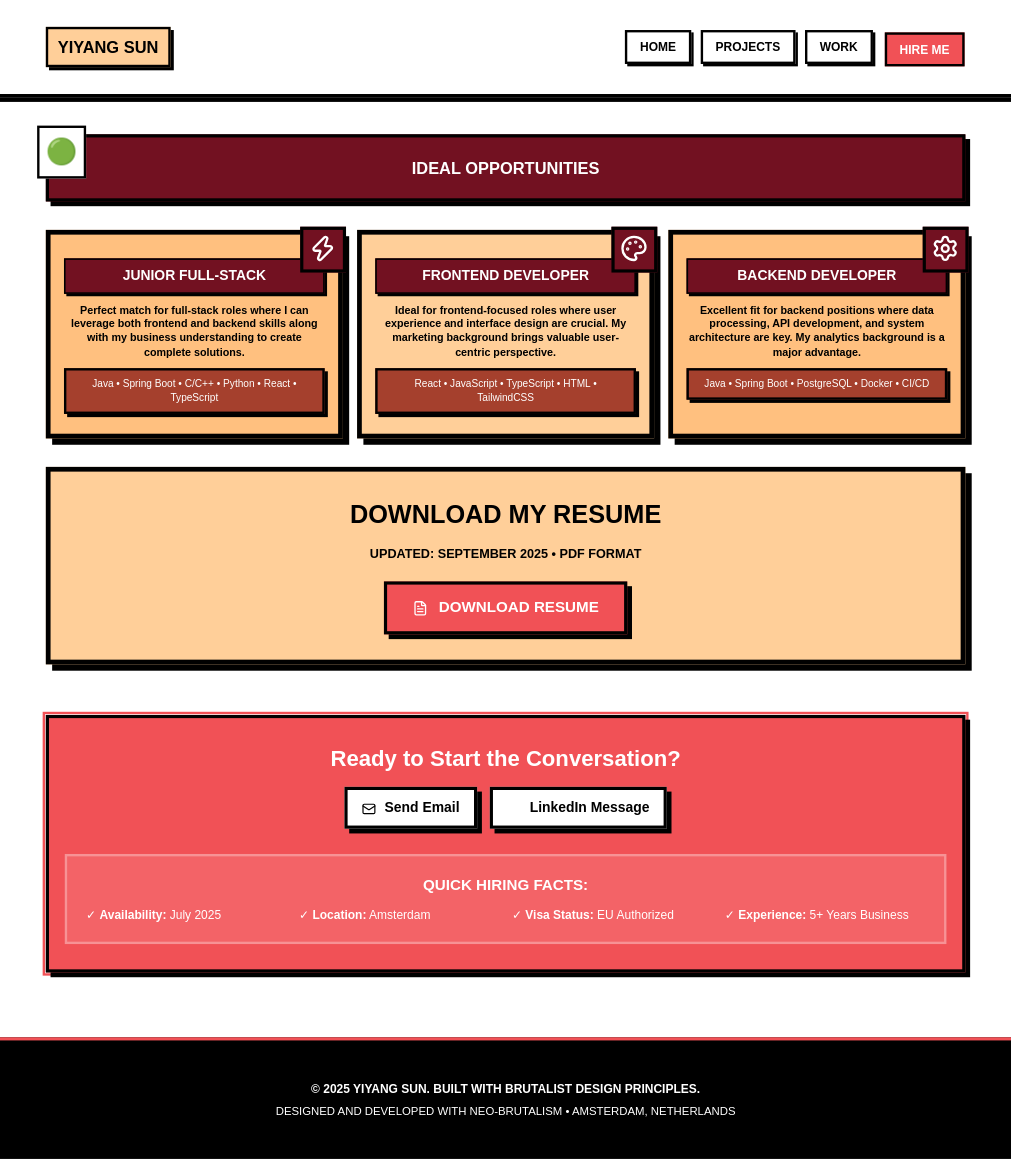
Repository: miloyiyangsun/yiyangsun.github.io
Page: .superdesign/design_iterations/yiyang_hireme_v2.html
An editor plug-in stored every save of this project. The page is shown before and after the next save, followed by the edit.
The browser window is 1280 px wide. The pictures show the whole page, at 79% of full size.

Above is the page before, as saved 2025-09-03 21:26:38.

### .superdesign/design_iterations/yiyang_hireme_v2.html
<!DOCTYPE html>
<html lang="en">
  <head>
    <meta charset="UTF-8" />
    <meta name="viewport" content="width=device-width, initial-scale=1.0" />
    <title>Hire Me - Yiyang Sun [Neo-Brutalist Portfolio]</title>
    <meta
      name="description"
      content="Hire Yiyang Sun - Computer Science Student (2025 Graduate) with 5+ years business experience seeking Junior Full-Stack, Frontend, or Backend opportunities in Amsterdam. Neo-brutalist design."
    />

    <!-- Neo-Brutalist Theme -->
    <link rel="stylesheet" href="brutalist_theme_v2.css" />

    <!-- Lucide Icons -->
    <script src="https://unpkg.com/lucide@latest/dist/umd/lucide.min.js"></script>

    <style>
      /* Hire Me specific brutal styles */
      body {
        padding-top: 120px;
        background: #ffffff;
      }

      .main-container {
        max-width: 1200px;
        margin: 0 auto;
        padding: 18px;
      }

      /* Navigation Layout - Right Align */
      .brutalist-nav .main-container {
        display: flex;
        justify-content: space-between;
        align-items: center;
      }

      .nav-links {
        display: flex;
        gap: 4px;
      }

      /* Navigation Brand - Brutalist */
      .nav-brand {
        background: #ffcf99;
        border: 3px solid #000000;
        padding: 8px 12px;
        box-shadow: 4px 4px 0 #000000;
        font-weight: 900;
      }

      /* Hero CTA - Brutal */
      .hire-hero {
        background: #f15156;
        color: #ffffff;
        border: 8px solid #000000;
        padding: 48px 24px;
        text-align: center;
        box-shadow: 12px 12px 0 #000000;
        position: relative;
        margin: 24px 0;
      }

      .hire-hero::before {
        content: "";
        position: absolute;
        top: -30px;
        left: -30px;
        font-size: 4rem;
        background: #ffffff;
        border: 6px solid #000000;
        padding: 16px;
        width: 100px;
        height: 100px;
        display: flex;
        align-items: center;
        justify-content: center;
      }

      .hire-hero .hero-icon {
        position: absolute;
        top: -14px;
        left: -14px;
        color: #000000;
        width: 68px;
        height: 68px;
      }

      .hire-title {
        font-size: 2.5rem;
        font-weight: 900;
        text-transform: uppercase;
        margin: 0 0 18px 0;
        line-height: 0.9;
      }

      .hire-subtitle {
        font-size: 1.2rem;
        font-weight: 700;
        text-transform: uppercase;
        margin-bottom: 24px;
        opacity: 0.95;
      }

      /* Opportunity Cards - Brutal */
      .opportunity-grid {
        display: grid;
        grid-template-columns: repeat(auto-fit, minmax(280px, 1fr));
        gap: 18px;
        margin: 36px 0;
      }

      .opportunity-card {
        background: #ffffff;
        border: 6px solid #000000;
        padding: 17px 17px 17px 17px;
        padding-top: 30px;
        box-shadow: 8px 8px 0 #000000;
        position: relative;
        text-align: center;
      }

      .opportunity-card:hover {
        transform: translate(-4px, -4px);
        box-shadow: 16px 16px 0 #000000;
      }

      .opportunity-card:nth-child(1) {
        background: #ffc07f;
      }

      .opportunity-card:nth-child(2) {
        background: #ffcf99;
      }

      .opportunity-card:nth-child(3) {
        background: #ffc07f;
      }

      .opportunity-card::before {
        content: "";
        position: absolute;
        top: -10px;
        right: -10px;
        width: 50px;
        height: 50px;
        background: #721121;
        border: 4px solid #000000;
        display: flex;
        align-items: center;
        justify-content: center;
      }

      .opportunity-card .card-icon {
        position: absolute;
        top: 0px;
        right: 2px;
        width: 35px;
        height: 35px;
        color: #ffffff;
        z-index: 10;
      }

      .opportunity-icon {
        font-size: 1.8rem;
        display: block;
        margin-bottom: 8px;
      }

      .opportunity-title {
        font-size: 1.1rem;
        font-weight: 900;
        text-transform: uppercase;
        color: #ffffff;
        background: #721121;
        padding: 8px 12px;
        border: 2px solid #000000;
        margin-bottom: 12px;
        box-shadow: 3px 3px 0 #000000;
      }

      .opportunity-description {
        font-size: 0.85rem;
        line-height: 1.3;
        font-weight: 600;
        margin-bottom: 12px;
      }

      /* Skills Match - Brutal */
      .skills-match {
        background: #a5402d;
        color: #ffffff;
        padding: 8px 12px;
        border: 3px solid #000000;
        margin: 8px 0;
        box-shadow: 4px 4px 0 #000000;
        font-size: 0.8rem;
      }

      /* Contact Cards - Brutal */
      .contact-grid {
        display: grid;
        grid-template-columns: repeat(auto-fit, minmax(280px, 1fr));
        gap: 24px;
        margin: 48px 0;
      }

      .contact-card {
        background: #ffffff;
        border: 6px solid #000000;
        padding: 24px;
        text-align: center;
        box-shadow: 6px 6px 0 #000000;
        position: relative;
      }

      .contact-card:hover {
        background: #ffcf99;
        transform: translate(-3px, -3px);
        box-shadow: 11px 11px 0 #000000;
      }

      .contact-card:nth-child(even) {
        background: #ffc07f;
      }

      .contact-card:nth-child(even):hover {
        background: #f15156;
        color: #ffffff;
      }

      .contact-icon {
        width: 64px;
        height: 64px;
        background: #f15156;
        border: 4px solid #000000;
        border-radius: 0;
        margin: 0 auto 18px auto;
        display: flex;
        align-items: center;
        justify-content: center;
        font-size: 1.6rem;
        color: #ffffff;
        box-shadow: 4px 4px 0 #000000;
      }

      .contact-title {
        font-size: 1.2rem;
        font-weight: 900;
        text-transform: uppercase;
        margin-bottom: 10px;
        color: #000000;
      }

      .contact-info {
        font-size: 1.1rem;
        font-weight: 700;
        margin-bottom: 8px;
      }

      .contact-description {
        font-size: 0.9rem;
        font-weight: 600;
        text-transform: uppercase;
        color: #666666;
      }

      /* Value Proposition - Brutal */
      .value-proposition {
        background: #721121;
        color: #ffffff;
        padding: 48px;
        border: 8px solid #000000;
        box-shadow: 12px 12px 0 #000000;
        margin: 64px 0;
      }

      .value-title {
        font-size: 2.5rem;
        font-weight: 900;
        text-transform: uppercase;
        text-align: center;
        margin-bottom: 32px;
      }

      .value-grid {
        display: grid;
        grid-template-columns: repeat(auto-fit, minmax(250px, 1fr));
        gap: 24px;
      }

      .value-item {
        padding: 24px;
        background: rgba(255, 255, 255, 0.1);
        border: 2px solid rgba(255, 255, 255, 0.3);
        text-align: center;
      }

      .value-item-title {
        font-size: 1.2rem;
        font-weight: 900;
        text-transform: uppercase;
        margin-bottom: 12px;
      }

      .value-item-description {
        font-size: 1rem;
        font-weight: 500;
        line-height: 1.4;
      }

      /* Resume Download - Brutal */
      .resume-section {
        background: #ffcf99;
        border: 6px solid #000000;
        padding: 32px;
        text-align: center;
        box-shadow: 8px 8px 0 #000000;
        margin: 32px 0;
      }

      .resume-title {
        font-size: 2rem;
        font-weight: 900;
        text-transform: uppercase;
        margin-bottom: 16px;
      }

      .resume-info {
        font-size: 1rem;
        font-weight: 600;
        margin-bottom: 24px;
        text-transform: uppercase;
      }

      .download-button {
        display: inline-block;
        background: #f15156;
        color: #ffffff;
        padding: 16px 32px;
        border: 4px solid #000000;
        text-decoration: none;
        font-weight: 900;
        font-size: 1.2rem;
        text-transform: uppercase;
        box-shadow: 6px 6px 0 #000000;
      }

      .download-button:hover {
        background: #721121;
        transform: translate(-2px, -2px);
        box-shadow: 8px 8px 0 #000000;
      }

      /* Availability Status - Brutal */
      .availability {
        background: #721121;
        color: #ffffff;
        padding: 24px;
        border: 4px solid #000000;
        text-align: center;
        margin: 32px 0;
        box-shadow: 6px 6px 0 #000000;
        position: relative;
      }

      .availability::before {
        content: "🟢";
        position: absolute;
        top: -15px;
        left: -15px;
        font-size: 2rem;
        background: #ffffff;
        border: 3px solid #000000;
        padding: 8px;
        border-radius: 0;
      }

      .availability-text {
        font-size: 1.3rem;
        font-weight: 900;
        text-transform: uppercase;
      }

      /* Mobile responsive */
      @media (max-width: 768px) {
        .hire-title {
          font-size: 2.5rem;
        }

        .hire-hero {
          padding: 40px 20px;
        }

        .opportunity-grid,
        .contact-grid {
          grid-template-columns: 1fr;
          gap: 16px;
        }

        .opportunity-card {
          padding: 14px;
        }

        .value-proposition {
          padding: 32px 20px;
        }

        .value-title {
          font-size: 2rem;
        }
      }
    </style>
  </head>

  <body>
    <!-- Brutalist Navigation -->
    <nav class="brutalist-nav">
      <div class="main-container">
        <strong class="nav-brand" style="font-size: 1.3rem">YIYANG SUN</strong>
        <div class="nav-links">
          <a href="yiyang_home_v2.html" class="brutalist-nav-item">HOME</a>
          <a href="yiyang_projects_v2.html" class="brutalist-nav-item"
            >PROJECTS</a
          >
          <a href="yiyang_work_v2.html" class="brutalist-nav-item">WORK</a>
          <a href="yiyang_hireme_v2.html" class="brutalist-nav-item active"
            >HIRE ME</a
          >
        </div>
      </div>
    </nav>

    <!-- Main Content -->
    <main class="main-container">
      <!-- Hero CTA -->
      <!-- <section class="hire-hero">
            <i data-lucide="briefcase" class="hero-icon"></i>
            <div class="hire-title">Hire Me Now!</div>
            <div class="hire-subtitle">CS Student (2025 Graduate) with 5+ Years Business Background</div>
            <p style="font-size: 1.2rem; font-weight: 600; max-width: 600px; margin: 0 auto 32px auto;">
                Computer Science student graduating July 2025 seeking Junior Full-Stack, Frontend, or Backend opportunities.
                5+ years international business experience + technical skills.
            </p>
            <a href="mailto:miloyysun@outlook.com?subject=Job Opportunity&body=Hi Yiyang, I'm interested in discussing a software development opportunity with you."
               class="brutalist-button" style="background: #FFFFFF; color: #000000; font-size: 1.2rem; padding: 16px 32px;">
Email Me Today
            </a>
        </section> -->

      <!-- Availability Status -->
      <!-- <section class="availability">
            <div class="availability-text">Available from July 2025 • CS Graduate • Amsterdam Based • EU Work Authorization</div>
        </section> -->
      <section class="availability">
        <div class="availability-text">Ideal Opportunities</div>
      </section>
      <!-- Opportunity Types -->
      <section>
        <!-- <h2 class="title-large brutalist-text-center" style="margin: 64px 0 32px 0;">Ideal Opportunities</h2> -->

        <div class="opportunity-grid">
          <div class="opportunity-card">
            <i data-lucide="zap" class="card-icon"></i>
            <div class="opportunity-title">Junior Full-Stack</div>
            <div class="opportunity-description">
              Perfect match for full-stack roles where I can leverage both
              frontend and backend skills along with my business understanding
              to create complete solutions.
            </div>
            <div class="skills-match">
              Java • Spring Boot • C/C++ • Python • React • TypeScript
            </div>
          </div>

          <div class="opportunity-card">
            <i data-lucide="palette" class="card-icon"></i>
            <div class="opportunity-title">Frontend Developer</div>
            <div class="opportunity-description">
              Ideal for frontend-focused roles where user experience and
              interface design are crucial. My marketing background brings
              valuable user-centric perspective.
            </div>
            <div class="skills-match">
              React • JavaScript • TypeScript • HTML • TailwindCSS
            </div>
          </div>

          <div class="opportunity-card">
            <i data-lucide="settings" class="card-icon"></i>
            <div class="opportunity-title">Backend Developer</div>
            <div class="opportunity-description">
              Excellent fit for backend positions where data processing, API
              development, and system architecture are key. My analytics
              background is a major advantage.
            </div>
            <div class="skills-match">
              Java • Spring Boot • PostgreSQL • Docker • CI/CD
            </div>
          </div>
        </div>
      </section>

      <!-- Value Proposition -->
      <!-- <section class="value-proposition">
            <div class="value-title">Why Hire Me?</div>
            <div class="value-grid">
                <div class="value-item">
                    <div class="value-item-title">Unique Business Background</div>
                    <div class="value-item-description">
                        5+ years of international business experience brings valuable perspective to software development projects
                    </div>
                </div>
                <div class="value-item">
                    <div class="value-item-title">Proven Problem Solver</div>
                    <div class="value-item-description">
                        Demonstrated ability to analyze complex problems and implement effective technical solutions
                    </div>
                </div>
                <div class="value-item">
                    <div class="value-item-title">International Experience</div>
                    <div class="value-item-description">
                        Worked across Singapore, China, and Netherlands - excellent for global teams and cross-cultural projects
                    </div>
                </div>
                <div class="value-item">
                    <div class="value-item-title">Career Transition Success</div>
                    <div class="value-item-description">
                        Successfully transitioned from 5+ years business career to Computer Science, graduating July 2025
                    </div>
                </div>
            </div>
        </section> -->

      <!-- Resume Download -->
      <section class="resume-section">
        <div class="resume-title">Download My Resume</div>
        <div class="resume-info">Updated: September 2025 • PDF Format</div>
        <a
          href="../../assets/resume/Yiyang-Sun-Resume.pdf"
          class="download-button"
          download="Yiyang-Sun-Resume.pdf"
        >
          <i
            data-lucide="file-text"
            style="
              width: 20px;
              height: 20px;
              display: inline-block;
              vertical-align: middle;
              margin-right: 8px;
            "
          ></i>
          Download Resume
        </a>
      </section>

      <!-- Contact Information -->
      <!-- <section>
            <h2 class="title-large brutalist-text-center" style="margin: 64px 0 32px 0;">Let's Connect</h2>

            <div class="contact-grid">
                <div class="contact-card">
                    <div class="contact-icon">📧</div>
                    <div class="contact-title">Email Me</div>
                    <div class="contact-info">miloyysun@outlook.com</div>
                    <div class="contact-description">Primary Communication Method</div>
                </div>

                <div class="contact-card">
                    <div class="contact-icon">💼</div>
                    <div class="contact-title">LinkedIn</div>
                    <div class="contact-info">yiyangsunmilo</div>
                    <div class="contact-description">Professional Networking</div>
                </div>

                <div class="contact-card">
                    <div class="contact-icon">📍</div>
                    <div class="contact-title">Location</div>
                    <div class="contact-info">Amsterdam, Netherlands</div>
                    <div class="contact-description">Available for Local Opportunities</div>
                </div>
            </div>
        </section> -->

      <!-- Final CTA -->
      <section class="brutalist-hero brutalist-bg-red" style="margin: 64px 0">
        <div class="brutalist-text-center">
          <h2 class="title-large" style="color: #ffffff; margin-bottom: 16px">
            Ready to Start the Conversation?
          </h2>
          <!-- <p style="font-size: 1.3rem; font-weight: 700; color: #FFFFFF; margin-bottom: 32px; max-width: 700px; margin-left: auto; margin-right: auto;">
                    Whether you have a specific role in mind or just want to explore possibilities,
                    I'm excited to discuss how my unique background can contribute to your team's success.
                </p> -->
          <div
            style="
              display: flex;
              justify-content: center;
              gap: 16px;
              flex-wrap: wrap;
            "
          >
            <a
              href="mailto:miloyysun@outlook.com?subject=Software Development Opportunity&body=Hi Yiyang, I'm interested in discussing potential opportunities with you."
              class="brutalist-button"
              style="background: #ffffff; color: #000000; font-size: 1.1rem"
            >
              <i
                data-lucide="mail"
                style="
                  width: 18px;
                  height: 18px;
                  display: inline-block;
                  vertical-align: middle;
                  margin-right: 6px;
                "
              ></i>
              Send Email
            </a>
            <a
              href="https://linkedin.com/in/yiyangsunmilo"
              class="brutalist-button"
              style="background: #ffffff; color: #000000; font-size: 1.1rem"
              target="_blank"
            >
              <i
                data-lucide="linkedin"
                style="
                  width: 18px;
                  height: 18px;
                  display: inline-block;
                  vertical-align: middle;
                  margin-right: 6px;
                "
              ></i>
              LinkedIn Message
            </a>
            <!-- <a href="tel:+31626707606"
                       class="brutalist-button" style="background: #FFFFFF; color: #000000; font-size: 1.1rem;">
                        📞 Call: +31 626707606
                    </a> -->
          </div>

          <div
            style="
              margin-top: 32px;
              padding: 24px;
              background: rgba(255, 255, 255, 0.1);
              border: 3px solid rgba(255, 255, 255, 0.3);
            "
          >
            <h3
              style="
                font-size: 1.2rem;
                font-weight: 900;
                text-transform: uppercase;
                margin-bottom: 12px;
              "
            >
              Quick Hiring Facts:
            </h3>
            <div
              style="
                display: grid;
                grid-template-columns: repeat(auto-fit, minmax(150px, 1fr));
                gap: 16px;
                text-align: left;
              "
            >
              <div>✓ <strong>Availability:</strong> July 2025</div>
              <div>✓ <strong>Location:</strong> Amsterdam</div>
              <div>✓ <strong>Visa Status:</strong> EU Authorized</div>
              <div>✓ <strong>Experience:</strong> 5+ Years Business</div>
            </div>
          </div>
        </div>
      </section>
    </main>

    <!-- Footer -->
    <footer
      style="
        background: #000000;
        color: #ffffff;
        padding: 32px;
        text-align: center;
        border-top: 4px solid #f15156;
      "
    >
      <div class="main-container">
        <p
          style="
            font-weight: 700;
            text-transform: uppercase;
            margin-bottom: 8px;
          "
        >
          &copy; 2025 YIYANG SUN. BUILT WITH BRUTALIST DESIGN PRINCIPLES.
        </p>
        <p style="font-size: 0.9rem; text-transform: uppercase">
          Designed and developed with neo-brutalism • Amsterdam, Netherlands
        </p>
      </div>
    </footer>

    <script>
      // Initialize Lucide Icons
      lucide.createIcons();

      // Minimal JavaScript for hire me page
      console.log("💼 HIRE ME PAGE - NEO-BRUTALIST DESIGN LOADED");
      console.log("🚀 READY TO HIRE YIYANG SUN!");

      // Enhanced button press effects for CTA buttons
      document
        .querySelectorAll(".brutalist-button, .download-button, .contact-card")
        .forEach((element) => {
          element.addEventListener("mousedown", function () {
            this.style.transform = "translate(3px, 3px)";
            this.style.boxShadow = "none";
          });

          element.addEventListener("mouseup", function () {
            this.style.transform = "";
            this.style.boxShadow = "";
          });

          element.addEventListener("mouseleave", function () {
            this.style.transform = "";
            this.style.boxShadow = "";
          });
        });

      // Log hiring intent tracking
      document.querySelectorAll('a[href^="mailto:"]').forEach((emailLink) => {
        emailLink.addEventListener("click", function () {
          console.log("📧 EMAIL CLICK - POTENTIAL HIRE INTEREST!");
        });
      });
    </script>
  </body>
</html>

Loaded but not shown: .superdesign/design_iterations/brutalist_theme_v2.css (336 lines, source omitted)

After the next save:
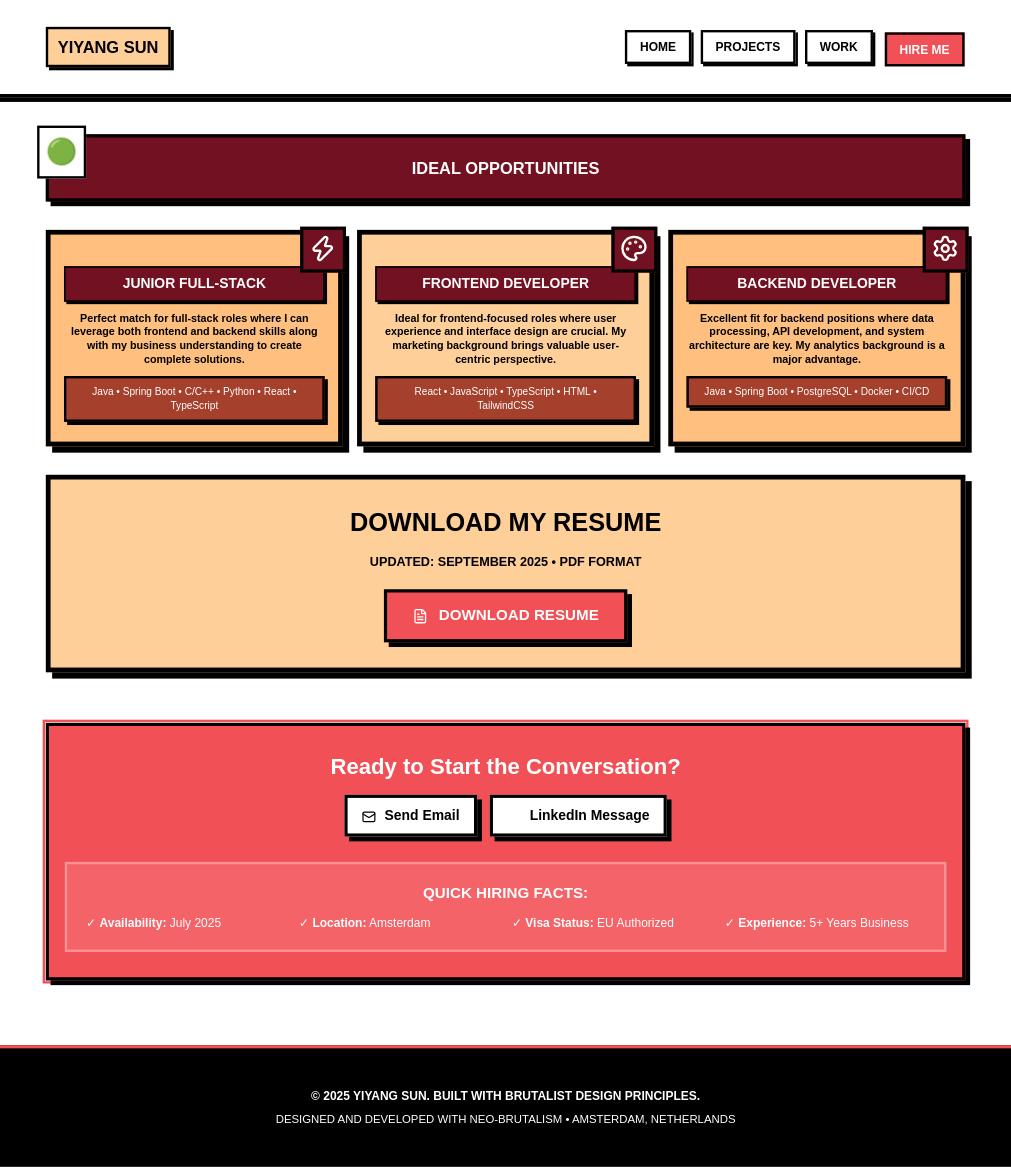
Saved 70 s later.
--- a/.superdesign/design_iterations/yiyang_hireme_v2.html
+++ b/.superdesign/design_iterations/yiyang_hireme_v2.html
@@ -114,7 +114,7 @@
         background: #ffffff;
         border: 6px solid #000000;
         padding: 17px 17px 17px 17px;
-        padding-top: 30px;
+        padding-top: 40px;
         box-shadow: 8px 8px 0 #000000;
         position: relative;
         text-align: center;
